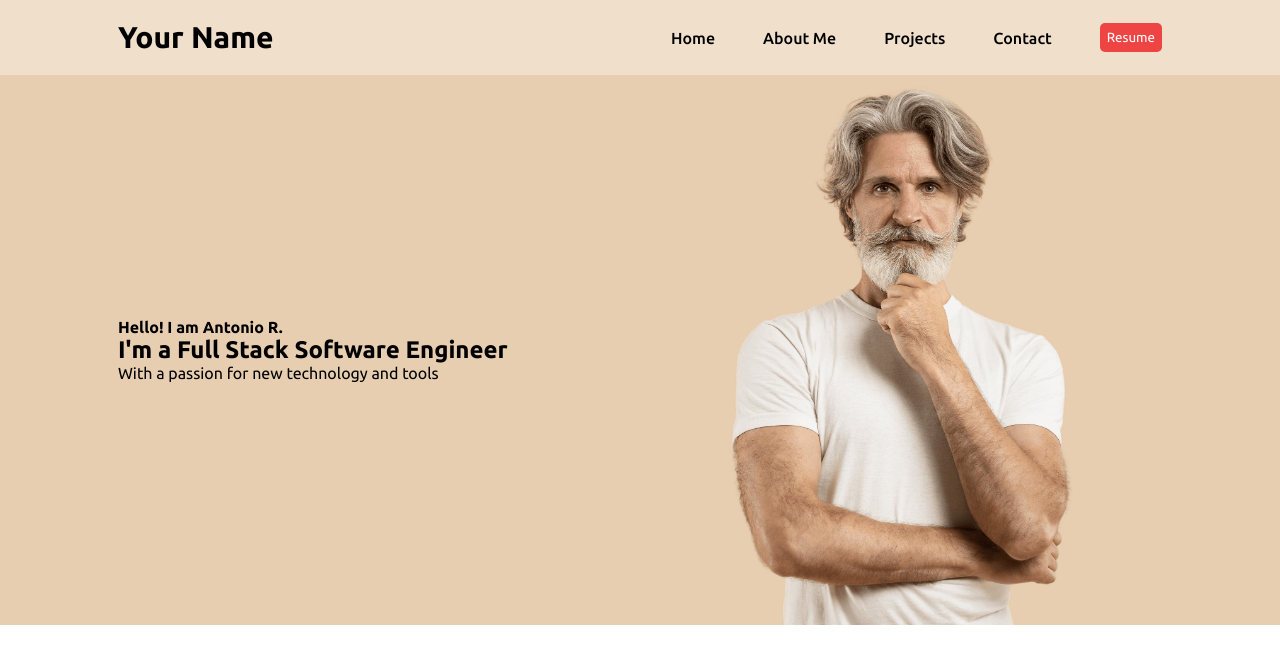
Repository: DevAntonioRogers/vanilla-portfolio
Page: index.html
The author's editor kept a copy of each file at every save. The page is drawn from the files as they stood at one save, then again after the next save.
The browser window is 1280 px wide. The pictures show the whole page.

Above is the page before, as saved 2023-07-14 16:47:24.

### index.html
<!DOCTYPE html>
<html lang="en">
  <head>
    <meta charset="UTF-8" />
    <meta name="viewport" content="width=device-width, initial-scale=1.0" />
    <link rel="stylesheet" href="style.css" />
    <title>Antonio Rogers</title>
  </head>
  <body>
    <nav>
      <div class="container navbar">
        <a href="/" aria-label="Home"> <h1>Your Name</h1></a>
        <ul>
          <li>
            <a href="/" aria-label="Home">Home</a>
          </li>
          <li>
            <a href="/" aria-label="About Me">About Me</a>
          </li>
          <li>
            <a href="/" aria-label="Projects">Projects</a>
          </li>
          <li>
            <a href="/" aria-label="Contact">Contact</a>
          </li>
          <li>
            <a href="/resume.pdf" download aria-label="Download Resume">
              <button class="navbar-button">Resume</button>
            </a>
          </li>
        </ul>
      </div>
    </nav>

    <section class="hero">
      <div class="container hero-container">
        <div>
          <h4>Hello! I am Antonio R.</h4>
          <h1>I'm a Full Stack Software Engineer</h1>
          <p>With a passion for new technology and tools</p>
        </div>

        <div class="hero-image-container">
          <img src="./01.png" alt="" />
        </div>
      </div>
    </section>
  </body>
</html>

### style.css
@import url("https://fonts.googleapis.com/css2?family=Ubuntu:wght@300;400;500;700&display=swap");

* {
  box-sizing: border-box;
  padding: 0;
  margin: 0;
  font-family: "Ubuntu", sans-serif;
}

a {
  text-decoration: none;
  color: inherit;
}

li {
  list-style: none;
}

.container {
  width: 89%;
  margin: auto;
  max-width: 1044px;
}

/* NAVBAR STYLING */

nav {
  background: #f0dfcb;
  padding: 20px 0;
}

.navbar {
  display: flex;
  justify-content: space-between;
  align-items: center;
}

.navbar h1 {
  font-size: 30px;
  font-weight: 700;
}

.navbar ul {
  display: flex;
  align-items: center;
  gap: 3rem;
}

.navbar ul li {
  font-weight: 500;
}

.navbar-button {
  background-color: #ef4444;
  padding: 7px 7px;
  border-radius: 5px;
  color: white;
  border: none;
}

/* HERO STYLES */

.hero {
  background-color: #e8ceb1;
}

.hero-container {
  display: grid;
  grid-template-columns: repeat(2, minmax(0, 1fr));
  align-items: center;
  gap: 1.5rem;
}

.hero-image-container {
  display: flex;
  justify-content: center;
  align-items: center;
}

.hero-container img {
  height: 550px;
  position: relative;
}

After the next save:
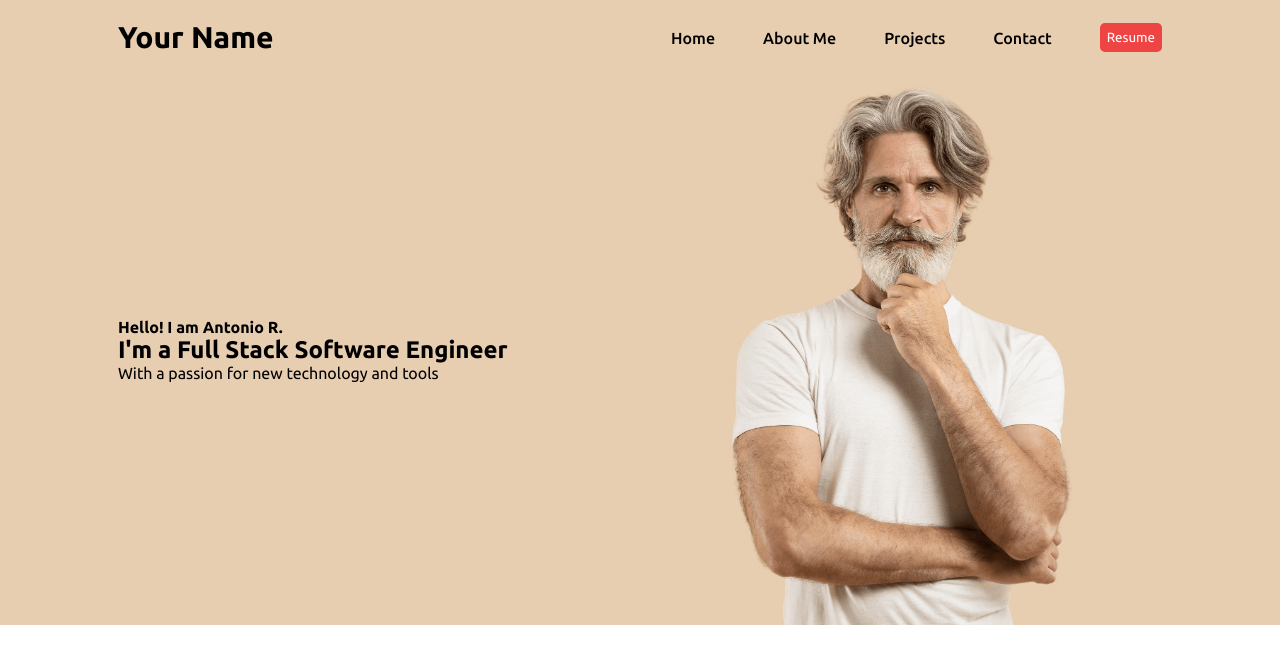
Saved 11 s later.
--- a/style.css
+++ b/style.css
@@ -25,7 +25,7 @@ li {
 /* NAVBAR STYLING */
 
 nav {
-  background: #f0dfcb;
+  background: #e8ceb1;
   padding: 20px 0;
 }
 
